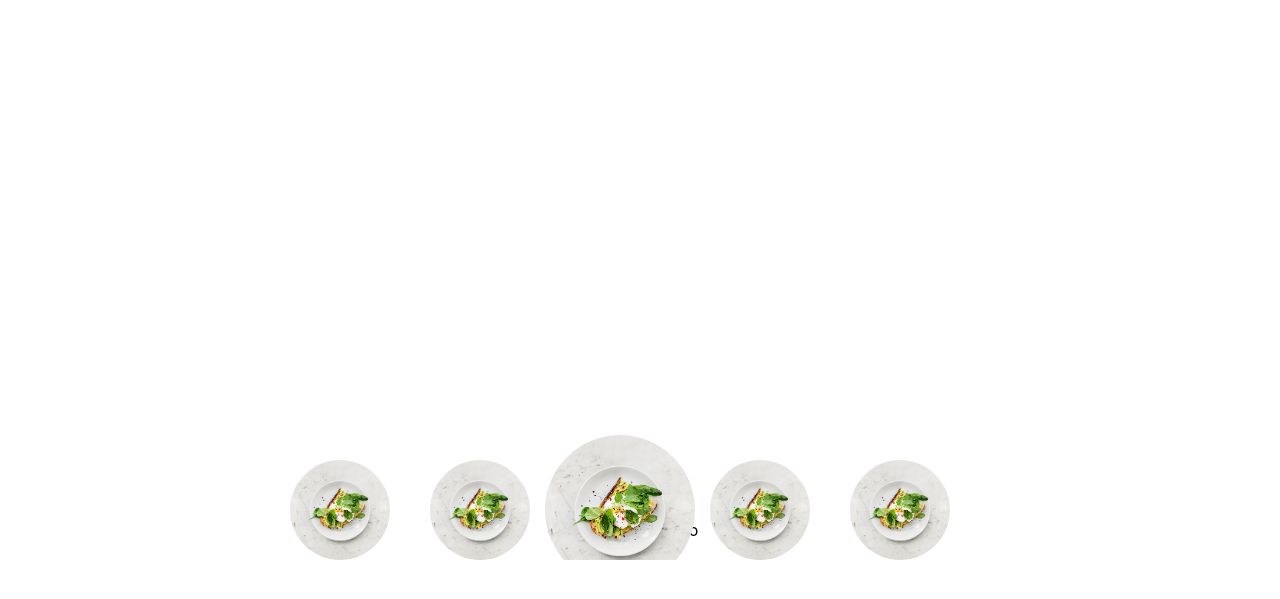
Repository: nambui98/slider
Page: /
The author's editor kept a copy of each file at every save. The page is drawn from the files as they stood at one save, then again after the next save.
The browser window is 1280 px wide. The pictures show the whole page.
The project was rebuilt for these pictures with package versions that can differ from the ones it lists, and the page was loaded fresh each time. Also part of the build but not shown: vite.config.ts.

Above is the page before, as saved 2022-04-12 10:16:29.

After the next save:
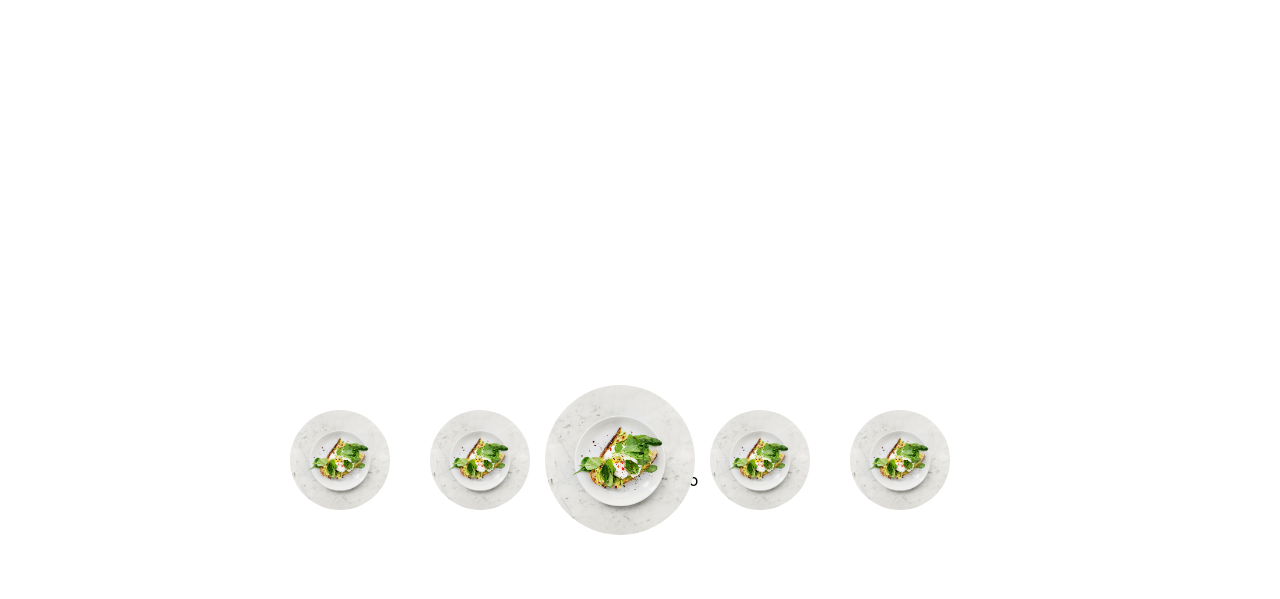
Saved 13 s later.
--- a/src/components/horizolslider/Horizolsider.tsx
+++ b/src/components/horizolslider/Horizolsider.tsx
@@ -14,6 +14,7 @@ const Item = styled.div`
     display: flex !important;
     justify-content: center;
     align-items: flex-end;
+    margin-bottom: 100px;
     /* position: relative;
      */
     /* margin: 0 15px; */
